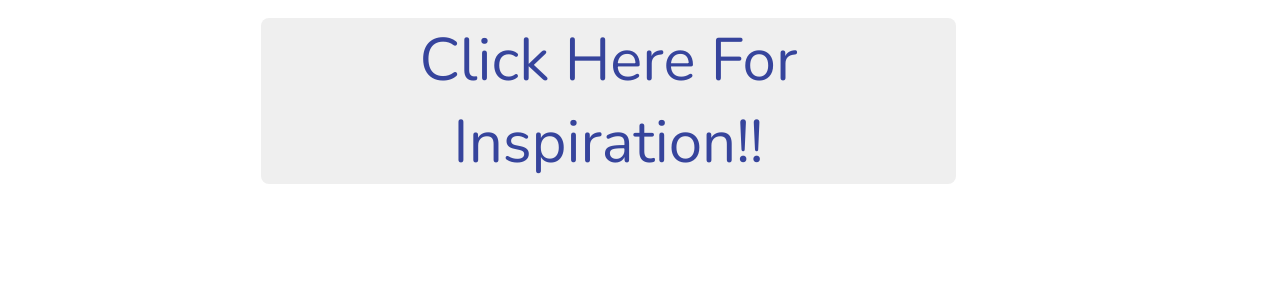
Repository: Hogwartsalumni/Inspire
Page: main.html
The author's editor kept a record of every edit. The page is drawn from the files as they stood at one moment, then again after the next edit.
The browser window is 1280 px wide. The pictures show the whole page.

Above is the page before.

After the next edit:
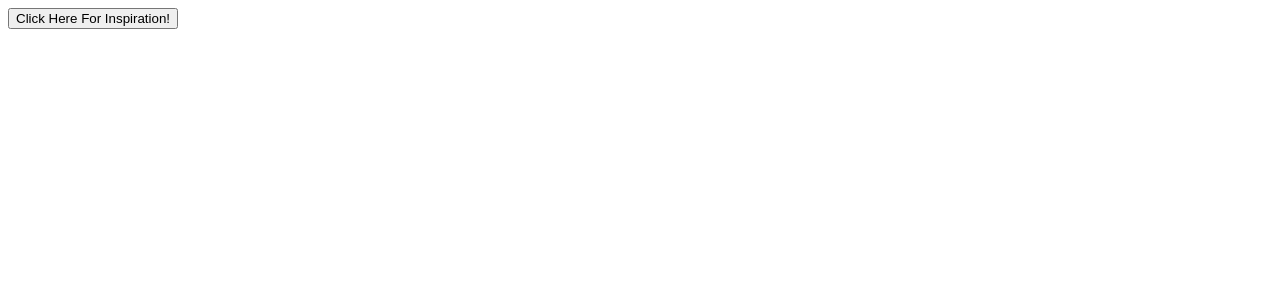
The edit:
--- a/main.html
+++ b/main.html
@@ -7,7 +7,8 @@
     <title>Inspire</title>
   </head>
   <body>
-    <button onclick="displayImage()">Click Here For Inspiration!!</button>
+    <!--<button onClick="displayImage()">Click Here For Inspiration!!</button> -->
+    <input type="button" onClick="displayImage()" value="Click Here For Inspiration!">
     <br>
     <img src="" name="canvas"/></img>
     <script src="main.js"></script>
